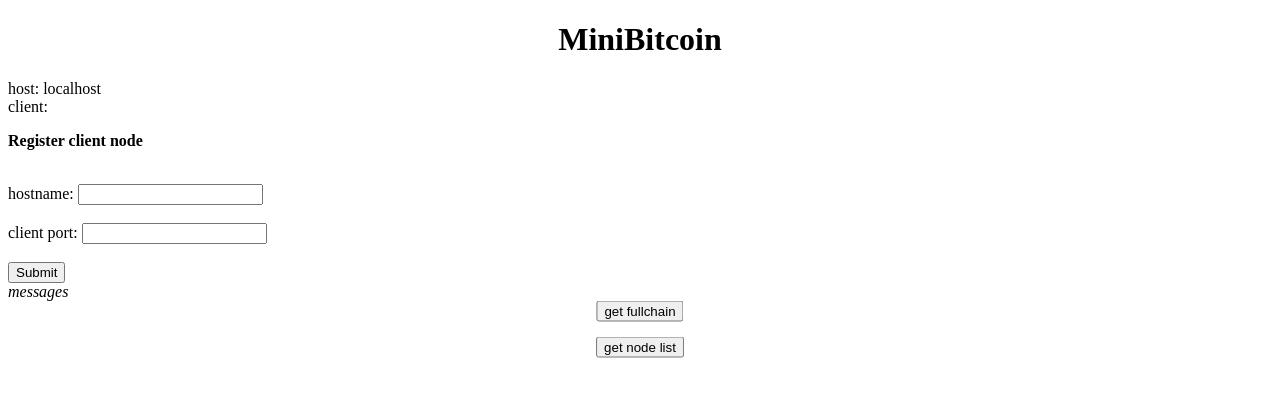
Repository: lam4562311/Minibitcoin
Page: http://localhost/
These files come from the project's save history. The page is drawn as it stood at one moment and after a run of saves; the edit follows.
The browser window is 1280 px wide. The pictures show the whole page.
Some web libraries are served in a nearby version. The page is served by the project's application, run on Flask 3 (bitcoin-5003.py).

Above is the page before, as saved 2022-04-09 15:37:30.

After the next 2 saves:
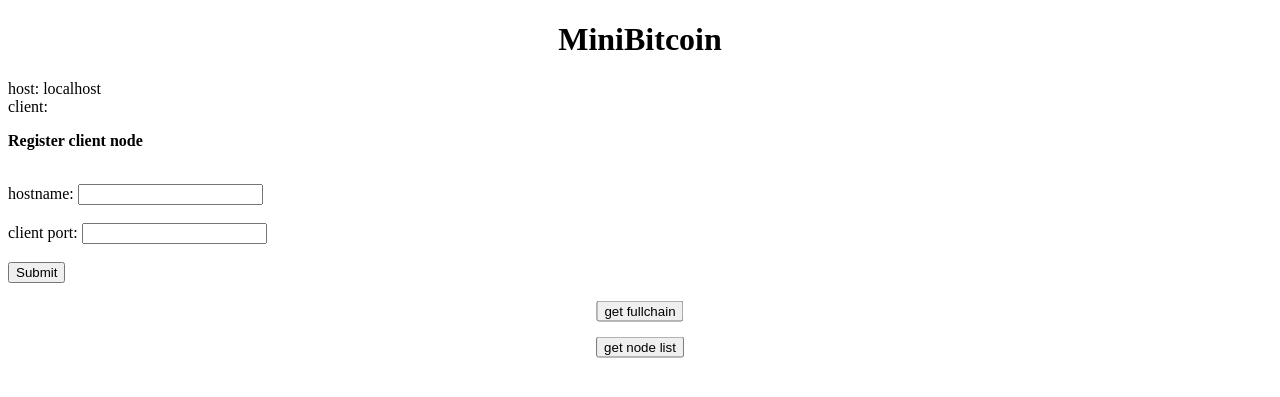
The 2 saves are shown as one change because 1 did not build or start.
The last was saved 5 min 24 s later.
--- a/templates/homepage.html
+++ b/templates/homepage.html
@@ -29,7 +29,6 @@
             <input type="submit" value="Submit" id="form_submit">
         </form>
 
-        <span><var>messages</var></span>
         <span id="fullchain_span"></span>
         <br>
         <div class="center">
